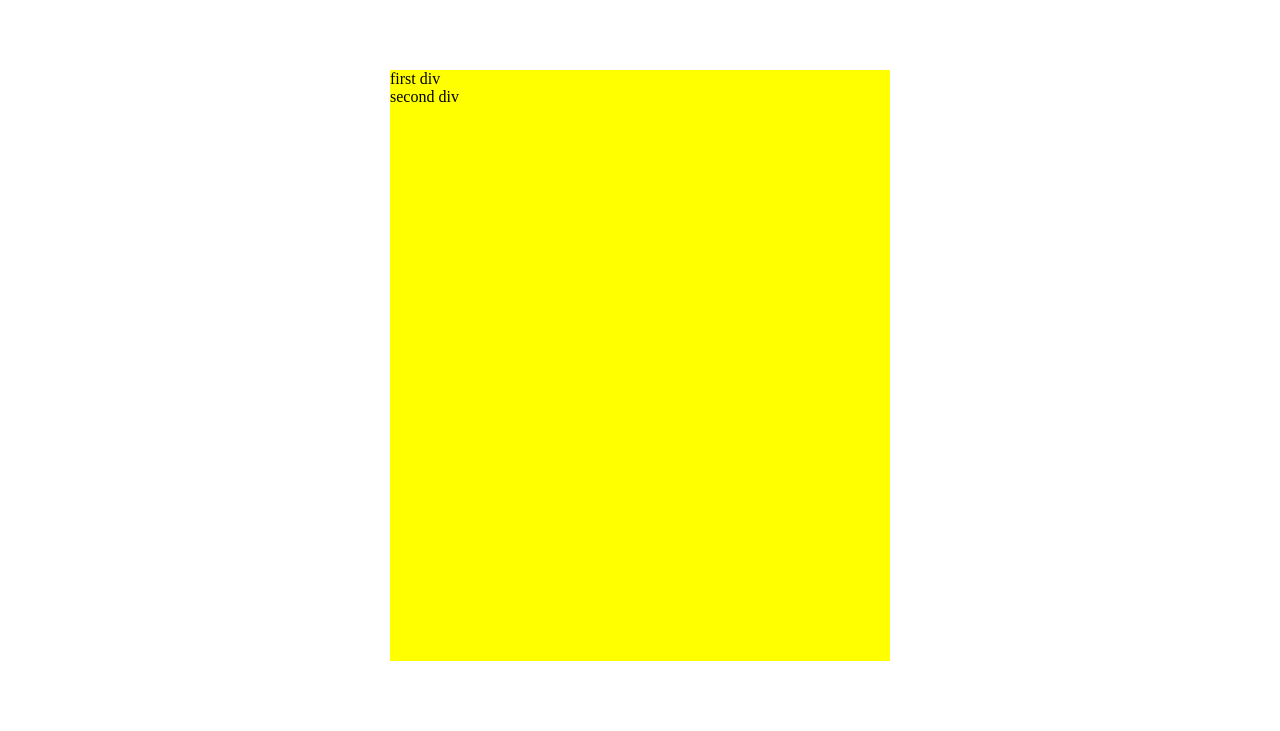
Repository: WajihaGul/Weather-App
Page: /
The author's editor kept a copy of each file at every save. The page is drawn from the files as they stood at one save, then again after the next save.
The browser window is 1280 px wide. The pictures show the whole page.
The project was rebuilt for these pictures with package versions that can differ from the ones it lists, and the page was loaded fresh each time. Also part of the build but not shown: src/index.css.

Above is the page before, as saved 2024-05-29 16:03:25.

### src/App.js
import Weather from "./Components/Weather/Weather";
function App() {
  return <Weather />;
}

export default App;

### src/Components/Weather/Weather.jsx
import styles from "./Weather.module.css";
const Weather = () => {
  return (
    <>
      <div className={styles.divhead}>
        first div
        <div>second div</div>
      </div>
    </>
  );
};

export default Weather;

### src/Components/Weather/Weather.module.css
.divhead{
    height: 591px;
    width: 500px;
    background-color: yellow;
    margin: 0 auto;
    margin-top: 70px;
    margin-bottom: 70px
}

Loaded but not shown: public/index.html (common file); src/index.js (common file); src/reportWebVitals.js (common file)

After the next save:
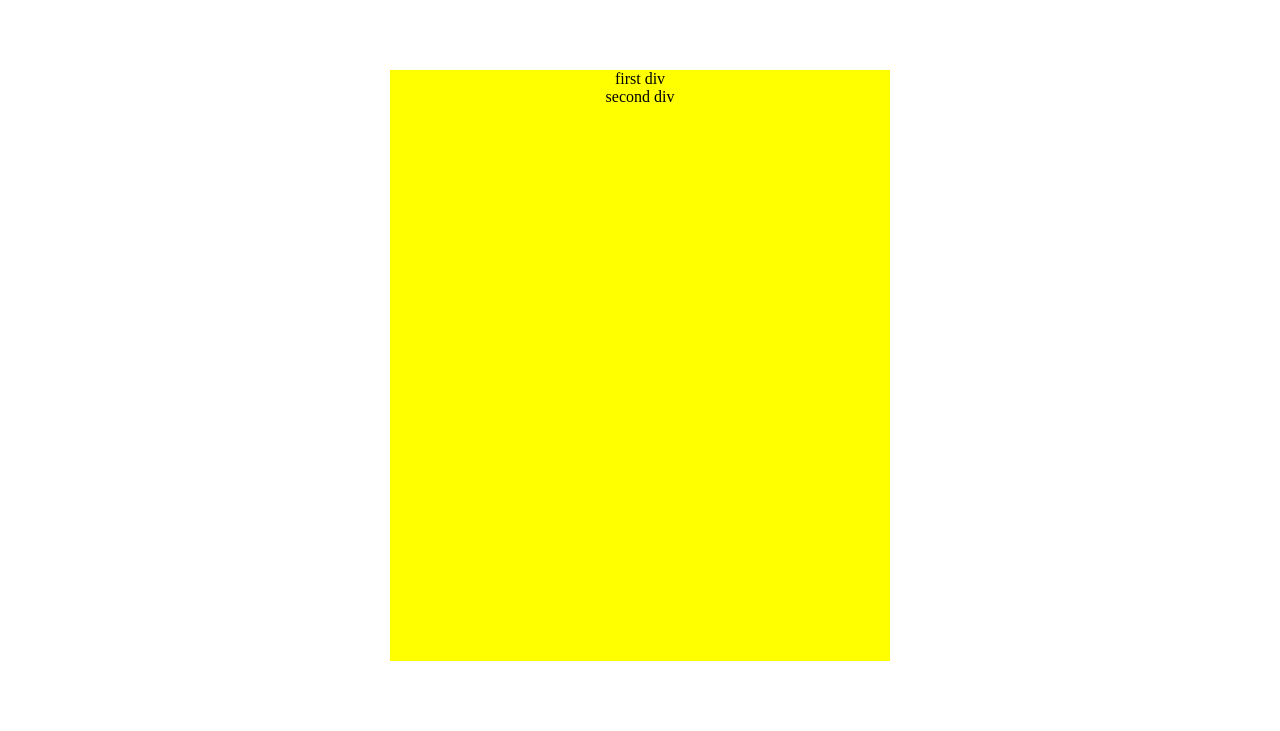
Saved 72 s later.
--- a/src/Components/Weather/Weather.module.css
+++ b/src/Components/Weather/Weather.module.css
@@ -4,5 +4,8 @@
     background-color: yellow;
     margin: 0 auto;
     margin-top: 70px;
-    margin-bottom: 70px
+    margin-bottom: 70px;
+    display: flex;
+    flex-direction: column;
+    align-items: center;
 }
